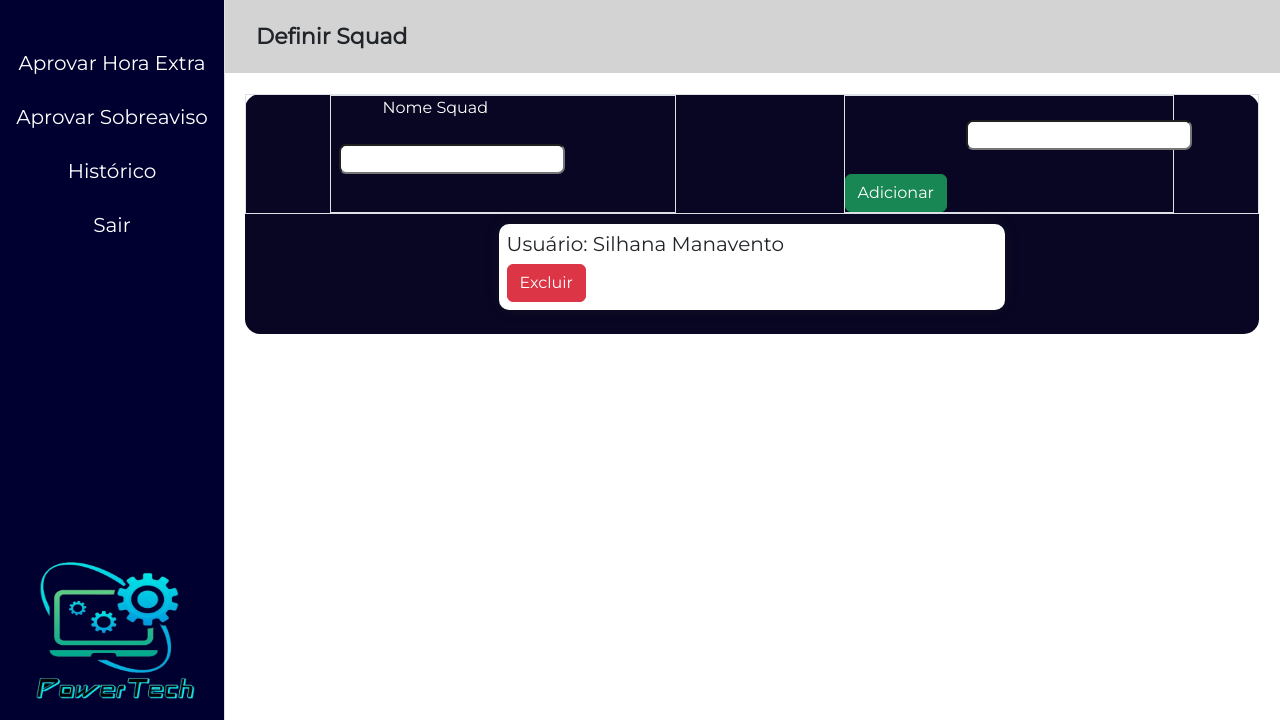
Repository: PowerTech-Fatec/API-2RP-NET
Page: /adm/squad (app in Sprint 3/2rp-web/)
The author's editor kept a copy of each file at every save. The page is drawn from the files as they stood at one save, then again after the next save.
The browser window is 1280 px wide. The pictures show the whole page.
The project was rebuilt for these pictures with package versions that can differ from the ones it lists, and the page was loaded fresh each time. Also part of the build but not shown: Sprint 3/2rp-web/src/pages/login/login.js, Sprint 3/2rp-web/src/pages/home/dashboard.js, Sprint 3/2rp-web/src/pages/home/sobreaviso/sobreaviso.css, Sprint 3/2rp-web/src/pages/home/sobreaviso/sobreaviso.js, Sprint 3/2rp-web/src/pages/home/hora-extra/hora-extra.css, Sprint 3/2rp-web/src/pages/home/hora-extra/hora-extra.js, Sprint 3/2rp-web/src/components/cards/Cards.js, Sprint 3/2rp-web/src/pages/home/gestor/aprovar-hora-extra/gestor.js and 3 more.

Above is the page before, as saved 2022-11-02 16:34:21.

### Sprint 3/2rp-web/src/index.js
import React from 'react';
import ReactDOM from 'react-dom/client';
import './index.css';
import App from './App';
import reportWebVitals from './reportWebVitals';
import { BrowserRouter } from 'react-router-dom';
import 'bootstrap/dist/css/bootstrap.min.css';
import 'bootstrap-icons/font/bootstrap-icons.css';

import Popper from '@popperjs/core';
import 'bootstrap/dist/js/bootstrap.bundle.min';

const root = ReactDOM.createRoot(document.getElementById('root'));
root.render(
  <BrowserRouter>
    <App />
  </BrowserRouter>
);

// If you want to start measuring performance in your app, pass a function
// to log results (for example: reportWebVitals(console.log))
// or send to an analytics endpoint. Learn more: https://bit.ly/CRA-vitals
reportWebVitals();

### Sprint 3/2rp-web/src/App.js
import React from 'react'
import './App.css';
import { Routes, Route } from 'react-router-dom'
import Login from './pages/login/login'
import Dashboard from './pages/home/dashboard'
import Sobreaviso from './pages/home/sobreaviso/sobreaviso'
import HoraExtra from './pages/home/hora-extra/hora-extra'
import Gestor from './pages/home/gestor/aprovar-hora-extra/gestor'
import GestorSobreaviso from './pages/home/gestor/aprovar-sobreaviso/gestor-sobreaviso'
import GestorHistorico from './pages/home/gestor/historico/gestor-historico'
import Squad from './pages/home/adm/squad/def-squad'

function App() {
  return (
    <Routes>
      <Route path='/login' element={<Login />} />
      <Route path='/dashboard' element={<Dashboard />} />
      <Route path='/horaextra' element={<HoraExtra />} />
      <Route path='/sobreaviso' element={<Sobreaviso />} />
      <Route path='/gestor' element={<Gestor />} />
      <Route path='/gestor-sobreaviso' element={<GestorSobreaviso />} />
      <Route path='/gestor-historico' element={<GestorHistorico />} />
      <Route path='/adm/squad' element={<Squad />} />
      <Route path='*' element={<Login />} />
    </Routes>

  );
}

export default App;

### Sprint 3/2rp-web/src/App.css
@font-face {
    font-family: 'Montserrat';
    src: url(./assets/fonts/Montserrat-Regular.ttf);
}

*{
    font-family: 'Montserrat';
}

.ml-1{margin-left: 0.25rem;}
.ml-2{margin-left: 0.5rem;}
.ml-3{margin-left: 0.75rem;}
.ml-4{margin-left: 1rem;}
.ml-5{margin-left: 1.25rem;}

### Sprint 3/2rp-web/src/pages/home/adm/squad/def-squad.js
import Sidebar from "../../../../components/sidebar"
import Header from "../../../../components/header/header";
import Card from "../../../../components/cards/Squad"
import './def-squad.css'

import React, { Component, useEffect, useState } from 'react';


function Squad() {
    return (
        <Sidebar>
          <Header nome="Definir Squad"></Header>

          {/* linha 1: solitações, filtro */}
          <div className="background d-flex flex-column aling-itens-center">

            <div>
            <div className="border col-12 d-flex justify-content-around">
            <div className="border">
            <span className="soli">
            <label className="font">Nome Squad</label> <input className="squad-name mt-4 mb-4 ml-2"></input>
            </span>
            </div>




            <div className="border">
            <span className="filtroLabel">
            <input className="squad-name mt-4 mb-4"></input><button type="button" class="btn btn-success">Adicionar</button>
            </span>
            </div>

            </div>


            {/* card info hora extra */}
            <div className="d-flex flex-column aling-itens-center">
            <Card
              Usuario = " Silhana Manavento"
            />

            </div>


            </div>

          </div>
        </Sidebar>
    )
}

export default Squad

### Sprint 3/2rp-web/src/pages/login/login.css
.login{
    background: #090d23
    ;
}
.fundo{
    background-color: #090d23;
    width: 300px;
    height: 50px;
    color: #fff;
}
.fundoback{
    background-color: #262d28;
}
.fundocolor{
    background-color: #090d23;
}
.background{
    background-color: #9A9696;
}
.height{
    height: 100vh;

}
.tpm{
    margin-top: 150px;
}
.input{
    width: 350px;
    height: 40px;
}
.marg{
    margin-top: 100px;
    margin-left: 180px;
}
.svg{
    margin-top: 3px;
}

### Sprint 3/2rp-web/src/components/sidebar.js
import { Drawer, useTheme } from '@mui/material'
import { Box } from '@mui/system'
import './Sidebar.css'
import { Link } from 'react-router-dom'

import React from 'react'

function Sidebar({ children }) {
    const theme = useTheme();




    return (
        <>

            <Drawer variant='permanent'>
                <Box width={theme.spacing(28)} height={theme.spacing(100)} className ='side-bar  '>
                     <div className='texto mt-5'>

                                {/* <Link to='/dashboard' className ='side-links mt-4'>
                                    Dashboard
                                </Link>
                                <Link to='/horaextra' className ='side-links mt-4'>
                                    Apontar Hora Extra
                                </Link>
                                <Link to='/sobreaviso' className ='side-links mt-4' >
                                    Apontar Sobreaviso
                                </Link> */}

                                {/* Associar a lista de link */}
                                {/* <Link to='/gestor-dashboard' className ='side-links mt-4' >
                                    Dashboard
                                </Link> */}
                                <Link to='/gestor' className ='side-links mt-4' >
                                        Aprovar Hora Extra
                                </Link>
                                <Link to='/gestor-sobreaviso' className ='side-links mt-4' >
                                    Aprovar Sobreaviso
                                </Link>
                                <Link to='/gestor-historico' className ='side-links mt-4' >
                                    Histórico
                                </Link>


                                <Link to='/login' className ='side-links mt-4' >
                                    Sair
                                </Link>

                    </div>
                    <div className='footer'>
                        <img src={require('../assets/powertech.png')} height='140px' width='160px' />
                    </div>
                </Box>
            </Drawer>

            <Box height="100vh" marginLeft={theme.spacing(28)}>
                {children}
            </Box>
        </>
    );
}

export default Sidebar

### Sprint 3/2rp-web/src/components/header/header.js
import './header.css'

import React from 'react'

function Header(props) {

    return (
        <>
            <div className='bg-title'>
                <span className='title'>{props.nome}</span>
            </div>
        </>
    );
}

export default Header

### Sprint 3/2rp-web/src/pages/home/gestor/aprovar-hora-extra/gestor.css
.background{
    margin-top: 2%;
    margin-left: 2%;
    margin-right: 2%;
    border-radius: 15px;

    background-color: #080622;
}

/* .filtro{
    width: 20%;
} */

/* /* .soli{
    margin-left: 15%;
} */

.filtroLabel{
    margin-left: 37%;
} */

.font{
    color: white;
}

### Sprint 3/2rp-web/src/pages/home/gestor/aprovar-sobreaviso/gestor-sobreaviso.css
.background{
    margin-top: 2%;
    margin-left: 2%;
    margin-right: 2%;
    border-radius: 15px;

    background-color: #080622;
}

.filtro{
    width: 20%;
}

.soli{
    margin-left: 15%;
}

.filtroLabel{
    margin-left: 37%;
}

.font{
    color: white;
}

### Sprint 3/2rp-web/src/pages/home/gestor/historico/gestor-historico.css
.background{
    margin-top: 2%;
    margin-left: 2%;
    margin-right: 2%;
    border-radius:   15px;

    background-color: #080622;
}

.filtro{
    width: 20%;
}

.soli{
    margin-left: 15%;
}

.filtroLabel{
    margin-left: 37%;
}

.font{
    color: white;
}

### Sprint 3/2rp-web/src/components/cards/Squad.js
import React from "react";
import './Squad.css'

function Card(props) {
    return(
        <div className="card-container mb-4 col-6 offset-3">
            <div className="card-content">

            <div className="card-title ml-2 mt-2">
                <span>
                <h5>Usuário: {props.Usuario}</h5>
                <button type="button" class="btn btn-danger mb-2">Excluir</button>
                </span>
            </div>

            </div>

        </div>
    )
}

export default Card

### Sprint 3/2rp-web/src/pages/home/adm/squad/def-squad.css
.background{
    margin-top: 2%;
    margin-left: 2%;
    margin-right: 2%;
    border-radius: 15px;

    background-color: #080622;
}

.filtro{
    width: 20%;
}

.soli{
    margin-left: 15%;
}

/* .filtroLabel{
    margin-left: 37%;
} */

.font{
    color: white;
}

.squad-name{
    border-radius: 7px;
}

### Sprint 3/2rp-web/src/components/Sidebar.css
.side-links {
    color: #fff;
    text-decoration: none;
    font-size: 20px;
    display: flex;
    justify-content: center;
}

.side-bar {
    background-color: #000030;
}

.footer{
    margin-bottom: 20px;
    margin-left: 35px;
    position: absolute;
    bottom: 0;
}

### Sprint 3/2rp-web/src/components/header/header.css
.bg-title{
    background-color: lightgray;
    padding: 20px 0px;
}

.title{
    font-size: 22px;
    font-weight: bold;
    margin-left: 2rem;
}

### Sprint 3/2rp-web/src/components/cards/Cards.css
.card-container{
    width: 900px;
    overflow: hidden;
    box-shadow: 0px 0px 15px -5px;
    border-radius: 10px;
    /* margin-left: 15%; */
    margin-top: 10px;

    background-color: white;
}

### Sprint 3/2rp-web/src/components/cards/Squad.css
.card-container{
    width: 600px;
    overflow: hidden;
    box-shadow: 0px 0px 15px -5px;
    border-radius: 10px;
    /* margin-left: 15%; */
    margin-top: 10px;

    background-color: white;
}

Loaded but not shown: Sprint 3/2rp-web/public/index.html (common file); Sprint 3/2rp-web/src/index.css (common file); Sprint 3/2rp-web/src/reportWebVitals.js (common file)

After the next save:
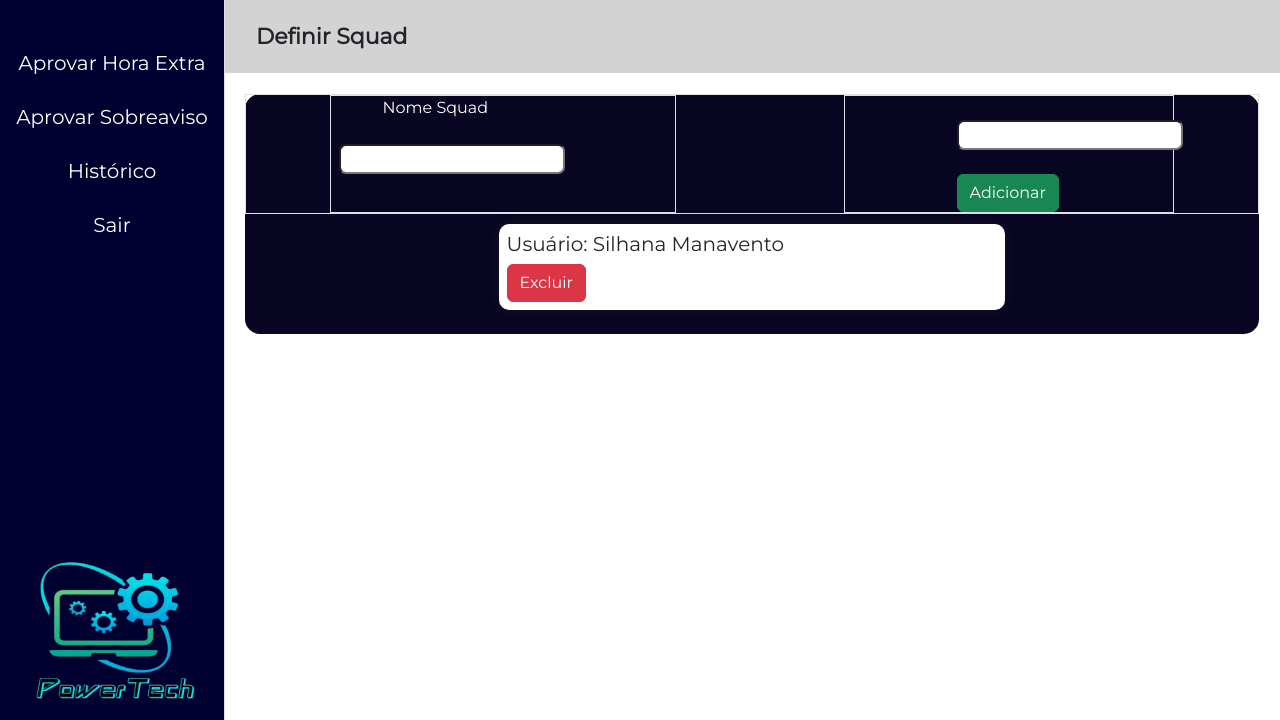
Saved 28 s later.
--- a/Sprint 3/2rp-web/src/pages/home/adm/squad/def-squad.js
+++ b/Sprint 3/2rp-web/src/pages/home/adm/squad/def-squad.js
@@ -25,7 +25,7 @@ function Squad() {
 
 
 
-            <div className="border">
+            <div className="border d-flex justify-content-center">
             <span className="filtroLabel">
             <input className="squad-name mt-4 mb-4"></input><button type="button" class="btn btn-success">Adicionar</button>
             </span>
